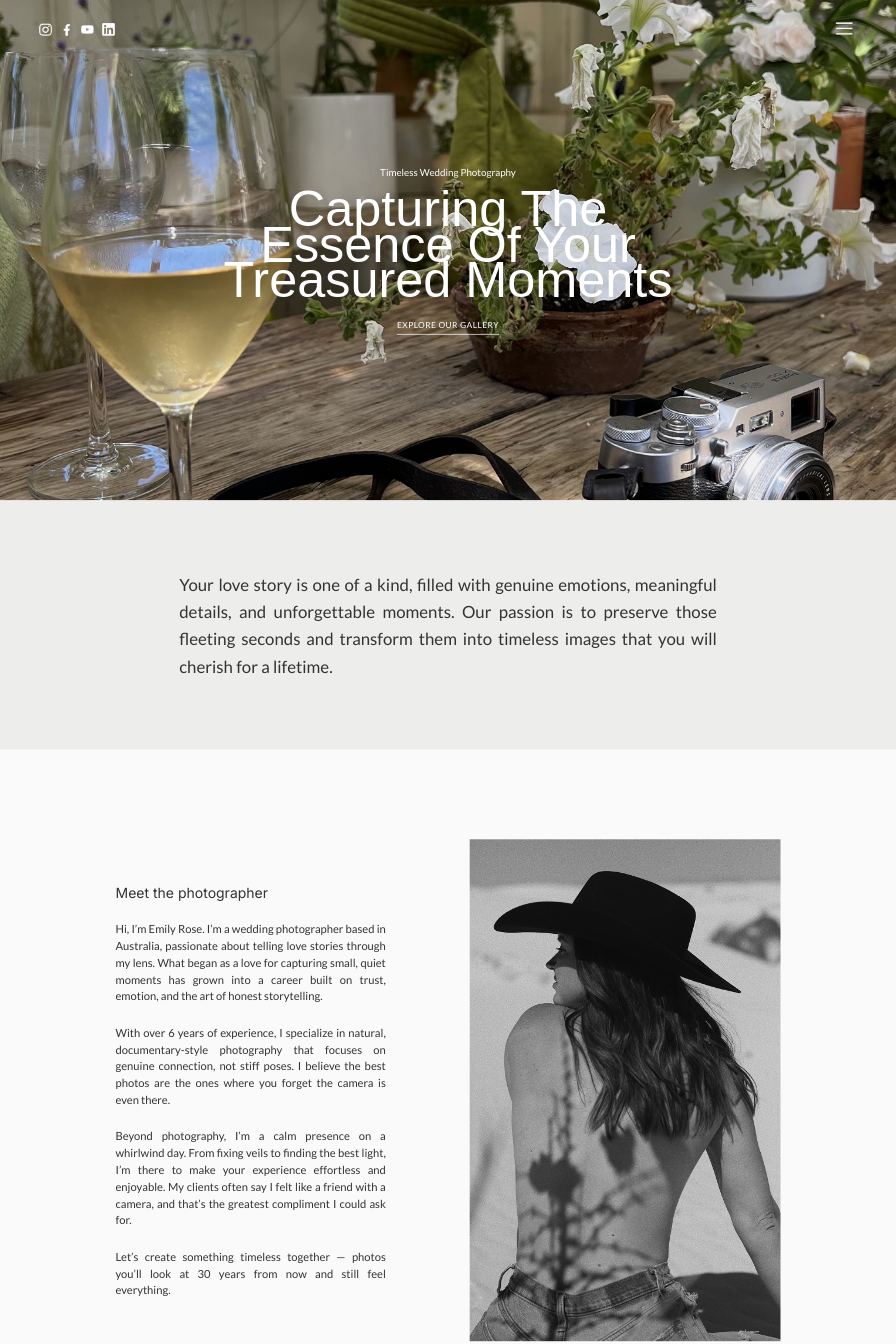
Repository: eduarda-magnago/wt-photography
Page: /
These files come from the project's save history. The page is drawn as it stood at one moment and after the next save; the edit follows.
The browser window is 1280 px wide. The pictures show the part of the page from y = 0 to 1920 px (the page is 3799 px tall), at 70% of full size.
Some web fonts or font styles are not loaded; a fallback is used. The project was rebuilt for these pictures with package versions that can differ from the ones it lists, and the page was loaded fresh each time. The framework's server and built-in components were replaced by stand-ins that run in the browser. Also part of the build but not shown: next.config.ts.

Above is the page before, as saved 2026-10-19 13:17:27.

### app/layout.tsx
import type { Metadata } from "next";
import { Inter, Lato, Cormorant_SC } from "next/font/google";
import Header from "@/components/layout/header";
import Footer from "@/components/layout/footer";
import "./globals.css";

const inter = Inter({
  subsets: ["latin"],
  variable: "--font-inter",
});

const lato = Lato({
  subsets: ["latin"],
  weight: ["300", "400", "700"],
  variable: "--font-lato",
});

const cormorant = Cormorant_SC({
  subsets: ["latin"],
  weight: ["300", "400", "500"],
  variable: "--font-cormorant",
});

export const metadata: Metadata = {
  title: "Timeless Wedding Photography",
  description: "Timeless wedding photography",
};

export default function RootLayout({
  children,
}: {
  children: React.ReactNode;
}) {
  return (
    <html
      lang="en"
      className={`${inter.variable} ${lato.variable} ${cormorant.variable}`}
    >
      <body className="font-sans antialiased">
        <Header />
        <main>{children}</main>
        <Footer />
      </body>
    </html>
  );
}

### app/page.tsx
import Hero from "@/components/hero";
import Intro from "@/components/home/intro";
import About from "@/components/home/about";
import Details from "@/components/home/details";
import Testimonials from "@/components/home/testimonials";
import Reveal from "@/components/reveal";

export default function Home() {
  return (
    <>
      <Hero
        eyebrow="Timeless Wedding Photography"
        title="Capturing the essence of your treasured moments"
        image="/img/hero-bg.jpg"
      />
      <Reveal>
        <Intro />
      </Reveal>
      <Reveal>
        <About />
      </Reveal>
      <Reveal>
        <Details />
      </Reveal>
      <Reveal>
      <Testimonials />
      </Reveal>
    </>
  );
}

### components/layout/header.tsx
"use client";

import { useState } from "react";
import Image from "next/image";
import Link from "next/link";

const navLinks = [
  { label: "Home", href: "/" },
  { label: "About me", href: "/#about" },
  { label: "Gallery", href: "/#gallery" },
  { label: "Testimonials", href: "/#testimonials" },
  { label: "Contact Us", href: "/contact#contact-form" },
];

export default function Header() {
  const [open, setOpen] = useState(false);

  return (
    <header className="absolute inset-x-0 top-0 z-30">
      <div className="flex items-start justify-between px-6 py-8 md:px-14">
        <ul className="flex items-center gap-3">
          <li>
            <a
              href="#"
              aria-label="Instagram"
              className="relative block h-[19px] w-[18px] transition-opacity hover:opacity-70"
            >
              <Image
                src="/img/instagram.png"
                alt=""
                fill
                sizes="18px"
                className="object-contain"
              />
            </a>
          </li>
          <li>
            <a
              href="#"
              aria-label="Facebook"
              className="relative block h-[18px] w-[18px] transition-opacity hover:opacity-70"
            >
              <Image
                src="/img/facebook.png"
                alt=""
                fill
                sizes="18px"
                className="object-contain"
              />
            </a>
          </li>
          <li>
            <a
              href="#"
              aria-label="YouTube"
              className="relative block h-[18px] w-[18px] transition-opacity hover:opacity-70"
            >
              <Image
                src="/img/youtube.png"
                alt=""
                fill
                sizes="18px"
                className="object-contain"
              />
            </a>
          </li>
          <li>
            <a
              href="#"
              aria-label="LinkedIn"
              className="relative block h-[18px] w-[18px] transition-opacity hover:opacity-70"
            >
              <Image
                src="/img/linkedin.png"
                alt=""
                fill
                sizes="18px"
                className="object-contain"
              />
            </a>
          </li>
        </ul>

        <button
          type="button"
          onClick={() => setOpen(true)}
          aria-label="Open menu"
          className="relative block h-6 w-9 transition-opacity hover:opacity-70"
        >
          <Image
            src="/img/menu.png"
            alt=""
            fill
            sizes="36px"
            className="object-contain"
          />
        </button>
      </div>

      {open && (
        <div className="fixed inset-0 z-40 flex items-center justify-center bg-ink/95">
          <button
            type="button"
            onClick={() => setOpen(false)}
            aria-label="Close menu"
            className="absolute right-6 top-8 text-3xl text-white md:right-14"
          >
            ✕
          </button>
          <nav>
            <ul className="flex flex-col items-center gap-8">
              {navLinks.map((link) => (
                <li key={link.label}>
                  <Link
                    href={link.href}
                    onClick={() => setOpen(false)}
                    className="font-heading text-2xl text-white"
                  >
                    {link.label}
                  </Link>
                </li>
              ))}
            </ul>
          </nav>
        </div>
      )}
    </header>
  );
}

### components/layout/footer.tsx
import Image from "next/image";
import Link from "next/link";

const exploreLinks = [
  { label: "Home", href: "/" },
  { label: "About", href: "/#about" },
  { label: "Gallery", href: "/#gallery" },
  { label: "Testimonials", href: "/#testimonials" },
  { label: "Contact", href: "/contact#contact-form" },
];

const headingClass = "mb-6 text-xs uppercase tracking-widest";

export default function Footer() {
  return (
    <footer>
      <div className="bg-ink px-6 py-12 text-sm text-white md:px-52 md:py-14">
        <div className="mx-auto max-w-[1600px]">
          <div className="grid gap-12 md:grid-cols-[1fr_auto_auto] md:gap-24">
            <div>
              <Image
                src="/img/logo.png"
                alt="WT Timeless Photography"
                width={240}
                height={110}
              />
              <p className="mt-6 max-w-xs leading-relaxed md:mt-8">
                With a natural and artistic approach, I create photographs that reflect who you are. Based in Melbourne, available wherever you’d like to say yes.
              </p>
              <ul className="mt-6 flex items-center gap-3">
                <li>
                  <a
                    href="#"
                    aria-label="Instagram"
                    className="transition-opacity hover:opacity-70"
                  >
                    <Image src="/img/instagram.png" alt="" width={18} height={18} />
                  </a>
                </li>
                <li>
                  <a
                    href="#"
                    aria-label="Facebook"
                    className="relative block h-[18px] w-[18px] transition-opacity hover:opacity-70"
                  >
                    <Image
                      src="/img/facebook.png"
                      alt=""
                      fill
                      sizes="18px"
                      className="object-contain"
                    />
                  </a>
                </li>
                <li>
                  <a
                    href="#"
                    aria-label="YouTube"
                    className="transition-opacity hover:opacity-70"
                  >
                    <Image src="/img/youtube.png" alt="" width={18} height={18} />
                  </a>
                </li>
                <li>
                  <a
                    href="#"
                    aria-label="LinkedIn"
                    className="transition-opacity hover:opacity-70"
                  >
                    <Image src="/img/linkedin.png" alt="" width={18} height={18} />
                  </a>
                </li>
              </ul>
            </div>

            <div className="md:pt-6">
              <h3 className={headingClass}>Links</h3>
              <ul className="space-y-2">
                {exploreLinks.map((link) => (
                  <li key={link.label}>
                    <Link href={link.href}>{link.label}</Link>
                  </li>
                ))}
              </ul>
            </div>

            <div className="md:pt-6">
              <h3 className={headingClass}>Contact</h3>
              <address className="not-italic leading-relaxed">
                28 Banksia Street
                <br />
                Fitzroy VIC 3065
                <br />
                Australia
              </address>
              <div className="mt-6 flex flex-col gap-1 underline">
                <a href="tel:+61355500147">+61 3 5550 0147</a>
                <a href="tel:+61491570156">+61 491 570 156</a>
              </div>
              <a
                href="mailto:infowt@gmail.com"
                className="mt-6 block underline"
              >
                infowt@gmail.com
              </a>
            </div>
          </div>

          <div className="mt-14 flex flex-col gap-3 border-t border-white/30 pt-6 text-xs md:flex-row md:items-center md:justify-between">
            <Link href="/privacy-policy-terms" className="transition-opacity hover:opacity-70">
              Privacy Policy &amp; Terms
            </Link>
            <a href="#" className="transition-opacity hover:opacity-70">
              Back to top &uarr;
            </a>
          </div>
        </div>
      </div>

      <div className="bg-neutral-200 px-6 py-5 text-xs text-ink md:px-25">
        <div className="mx-auto flex max-w-[1600px] flex-col gap-2 md:flex-row md:justify-between">
          <p>
            Designed &amp; Developed by{" "}
            <a
              href="https://www.instagram.com/webstudio.em"
              target="_blank"
              rel="noopener noreferrer"
              className="underline"
            >
              EM Studio Web
            </a>
          </p>
          <p>© WT Timeless Wedding Photography 2026 - All rights reserved.</p>
        </div>
      </div>
    </footer>
  );
}

### app/globals.css
@import "tailwindcss";

@theme inline {
  --font-sans: var(--font-lato);
  --font-heading: var(--font-inter);
  --font-hero: var(--font-cormorant);

  --color-ink: #333333;
  --color-sand: #ededeb;
  --color-paper: #fafafa;
  --color-blush: #f4e6dc;
}

html {
  scroll-behavior: smooth;
}

body {
  background: var(--color-paper);
  color: var(--color-ink);
}

### components/hero.tsx
import Image from "next/image";
import Link from "next/link";

type HeroProps = {
  eyebrow: string;
  title: string;
  image: string;
  ctaLabel?: string;
  ctaHref?: string;
};

export default function Hero({
  eyebrow,
  title,
  image,
  ctaLabel = "Explore our gallery",
  ctaHref = "/#gallery",
}: HeroProps) {
  return (
    <section className="relative flex h-[70vh] min-h-[715px] items-center justify-center overflow-hidden">
      <Image
        src="/img/hero.png"
        alt=""
        fill
        priority
        sizes="100vw"
        className="object-cover"
      />
      <div className="absolute inset-0 bg-black/5" />
      <div className="relative z-10 flex max-w-3xl flex-col items-center px-6 text-center text-white">
        <p className="mb-4 text-sm">{eyebrow}</p>
        <h1 className="font-hero text-5xl capitalize leading-[0.7] md:text-7xl">
          {title}
        </h1>
        <Link
          href={ctaHref}
          className="mt-8 border-b border-white pb-1 text-xs uppercase tracking-wider"
        >
          {ctaLabel}
        </Link>
      </div>
    </section>
  );
}

### components/home/intro.tsx
export default function Intro() {
  return (
    <section className="bg-sand px-6 py-22 md:py-25">
      <p className="mx-auto max-w-3xl text-justify text-xl leading-relaxed md:text-2xl">
        Your love story is one of a kind, filled with genuine emotions,
        meaningful details, and unforgettable moments. Our passion is to
        preserve those fleeting seconds and transform them into timeless images
        that you will cherish for a lifetime.
      </p>
    </section>
  );
}

### components/home/about.tsx
import Image from "next/image";

export default function About() {
  return (
    <section id="about" className="bg-paper px-6 py-24 md:px-14 md:py-32">
      <div className="mx-auto grid max-w-[950px] items-center gap-12 md:grid-cols-[435fr_500fr] md:gap-x-12 xl:gap-x-[120px]">
        <div>
          <h2 className="font-heading text-[20px]">Meet the photographer</h2>

          <div className="mt-6 space-y-7 text-justify text-base leading-6">
            <p>
              Hi, I’m Emily Rose. I’m a wedding photographer based in
              Australia, passionate about telling love stories through my
              lens. What began as a love for capturing small, quiet moments has
              grown into a career built on trust, emotion, and the art of
              honest storytelling.
            </p>
            <p>
              With over 6 years of experience, I specialize in natural,
              documentary-style photography that focuses on genuine connection, not stiff poses. I believe the best photos are the ones where
              you forget the camera is even there.
            </p>
            <p>
              Beyond photography, I’m a calm presence on a whirlwind day. From
              fixing veils to finding the best light, I’m there to make your
              experience effortless and enjoyable. My clients often say I felt
              like a friend with a camera, and that’s the greatest compliment
              I could ask for.
            </p>
            <p>
              Let’s create something timeless together — photos you’ll look at
              30 years from now and still feel everything.
            </p>
          </div>
        </div>

        <div className="relative aspect-[619/855] w-full md:aspect-[619/1000]">
          <Image
            src="/img/about.png"
            alt="Wedding photographer picture"
            fill
            sizes="(min-width: 1280px) 500px, (min-width: 768px) 50vw, 100vw"
            className="object-cover"
          />
        </div>
      </div>
    </section>
  );
}

### components/home/details.tsx
import Image from "next/image";
import Link from "next/link";

const photos = [
  { src: "/img/detail1.png", alt: "Bouquet resting on a golden ornament" },
  { src: "/img/detail2.png", alt: "Couple dancing by a large window" },
  { src: "/img/detail3.png", alt: "Bridesmaids laughing together" },
];

export default function Details() {
  return (
    <section id="gallery" className="bg-paper px-6 pb-24 md:px-14 md:pb-32">
      <div className="mx-auto max-w-[1000px]">
        <div className="flex items-baseline justify-between">
          <h2 className="font-heading text-[20px]">
            Always thinking of every detail
          </h2>
          <Link href="/#gallery" className="font-heading text-sm font-semibold">
            View full gallery &gt;
          </Link>
        </div>

        <div className="mt-10 space-y-6 text-sm leading-relaxed">
          <p>
            From the quiet tear before the ceremony to the golden light hitting
            your bouquet just right — I believe the beauty is in the details. I
            don’t just take pictures; I observe, anticipate, and capture the
            moments you didn’t even realize were happening.
          </p>
          <p>
            Whether it’s making sure your dress is perfectly fluffed, guiding
            you into the best lighting, or noticing when your grandma reaches
            for your hand — my job goes far beyond the shutter. I’m there to
            preserve every fleeting detail that makes your day uniquely yours.
            Because when it’s all over, it’s the little things that stay with
            you the longest.
          </p>
        </div>

        <div className="mt-16 grid gap-6 md:grid-cols-3">
          {photos.map((photo) => (
            <div key={photo.src} className="relative aspect-[3/4]">
              <Image
                src={photo.src}
                alt={photo.alt}
                fill
                sizes="(min-width: 768px) 33vw, 100vw"
                className="object-cover"
              />
            </div>
          ))}
        </div>
      </div>
    </section>
  );
}

### components/home/testimonials.tsx
"use client";

import { useState } from "react";
import Image from "next/image";

const testimonials = [
  {
    name: "Anna C.",
    image: "/img/testimonial.png",
    quote:
      "I had an amazing experience hiring WT for my wedding. Emily is super kind and I always felt I could trust her work 100%. When I received the pictures I was even more impressed than I imagined, really good quality! No regrets.",
  },
];

export default function Testimonials() {
  const [index, setIndex] = useState(0);
  const current = testimonials[index];

  function next() {
    setIndex((prev) => (prev + 1) % testimonials.length);
  }

  return (
    <section id="testimonials" className="bg-sand px-6 py-20 md:px-14">
      <div className="mx-auto grid max-w-5xl items-center gap-10 md:grid-cols-[auto_1fr] md:gap-16">
        <div className="relative h-48 w-48 overflow-hidden rounded-full md:h-56 md:w-56">
          <Image
            src={current.image}
            alt={current.name}
            fill
            sizes="224px"
            className="object-cover"
          />
        </div>

        <div>
          <h3 className="font-heading text-xl">{current.name}</h3>
          <blockquote className="mt-4 text-justify text-lg leading-relaxed">
            “{current.quote}”
          </blockquote>
          <button
            type="button"
            onClick={next}
            className="font-heading mt-8 ml-auto block text-sm font-semibold"
          >
            {index + 1}/{testimonials.length} &gt;
          </button>
        </div>
      </div>
    </section>
  );
}

### components/reveal.tsx
"use client";

import { useEffect, useRef, useState, type ReactNode } from "react";

type RevealProps = {
  children: ReactNode;
  className?: string;
  delay?: number;
};

export default function Reveal({
  children,
  className = "",
  delay = 0,
}: RevealProps) {
  const ref = useRef<HTMLDivElement>(null);
  const [visible, setVisible] = useState(false);

  useEffect(() => {
    const el = ref.current;
    if (!el) return;

    const observer = new IntersectionObserver(
      ([entry]) => {
        setVisible(entry.isIntersecting);
      },
      { threshold: 0.15, rootMargin: "0px 0px -5% 0px" }
    );

    observer.observe(el);
    return () => observer.disconnect();
  }, []);

  return (
    <div
      ref={ref}
      style={{ transitionDelay: `${delay}ms` }}
      className={`transition-all duration-700 ease-out motion-reduce:transition-none ${
        visible ? "translate-y-0 opacity-100" : "translate-y-8 opacity-0"
      } ${className}`}
    >
      {children}
    </div>
  );
}

After the next save:
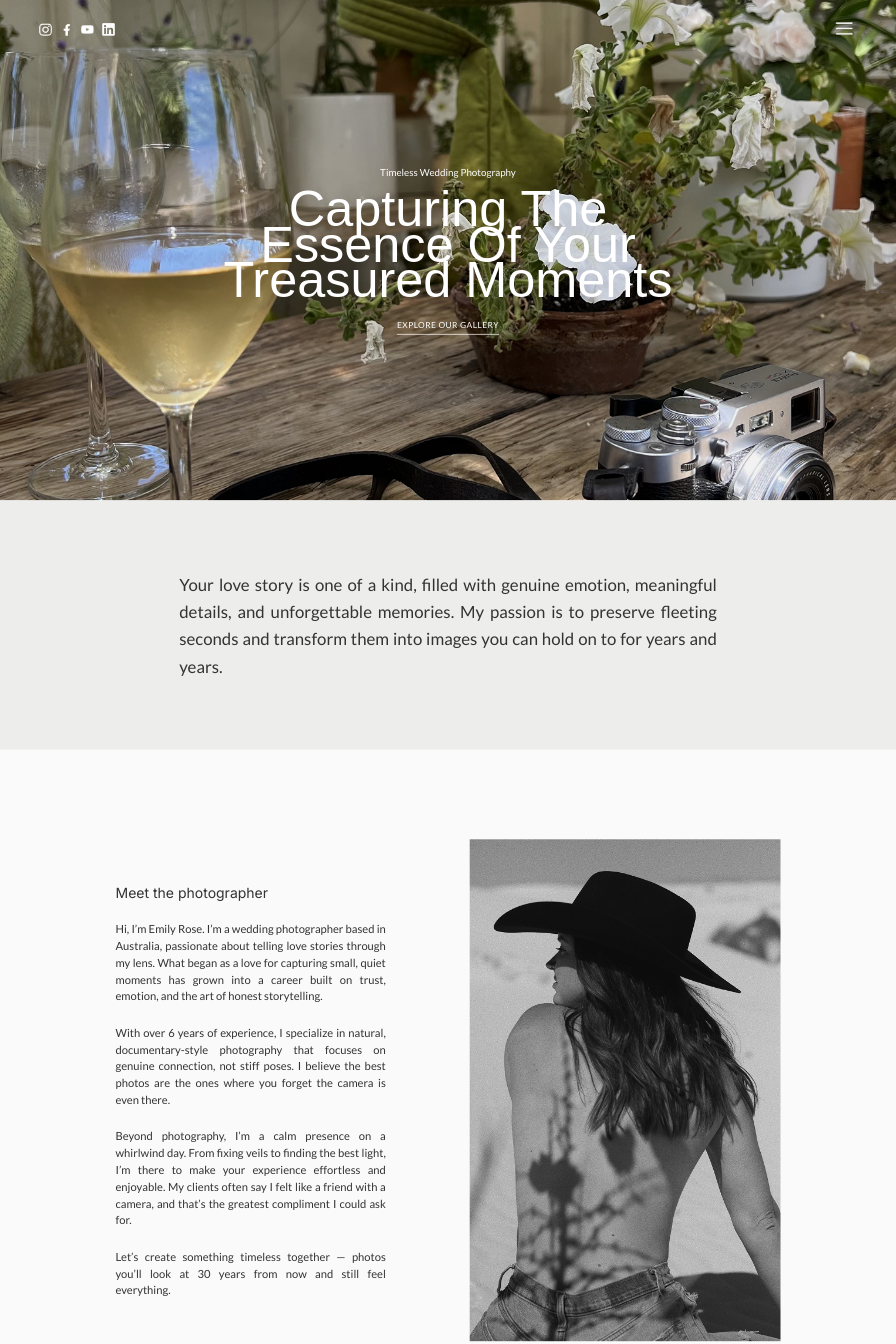
Saved 6 min 46 s later.
--- a/components/home/intro.tsx
+++ b/components/home/intro.tsx
@@ -2,10 +2,7 @@ export default function Intro() {
   return (
     <section className="bg-sand px-6 py-22 md:py-25">
       <p className="mx-auto max-w-3xl text-justify text-xl leading-relaxed md:text-2xl">
-        Your love story is one of a kind, filled with genuine emotions,
-        meaningful details, and unforgettable moments. Our passion is to
-        preserve those fleeting seconds and transform them into timeless images
-        that you will cherish for a lifetime.
+        Your love story is one of a kind, filled with genuine emotion, meaningful details, and unforgettable memories. My passion is to preserve fleeting seconds and transform them into images you can hold on to for years and years.
       </p>
     </section>
   );
